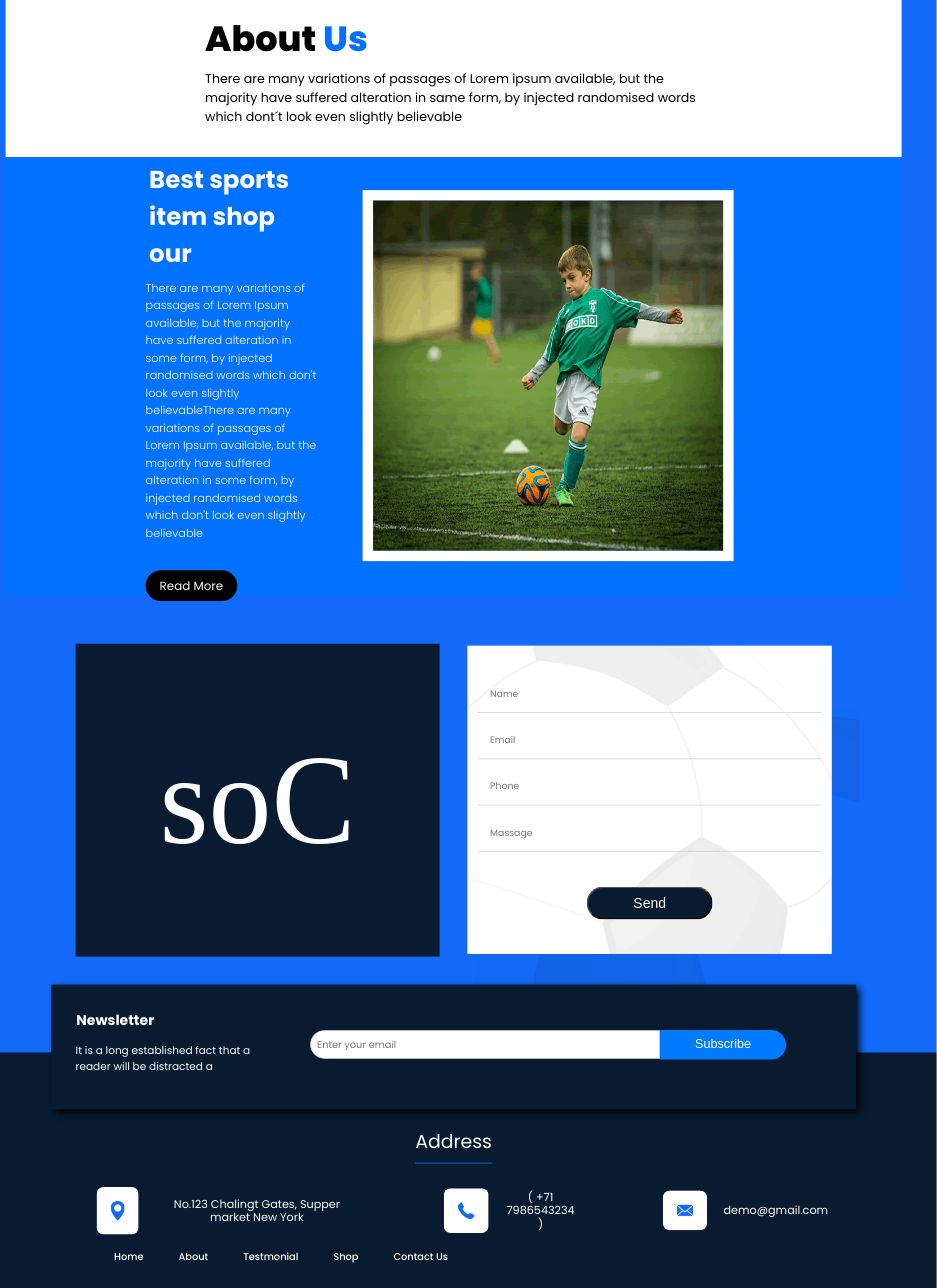
Repository: Vinicius9922/Projeto-Web
Page: index.html
These files come from the project's save history. The page is drawn as it stood at one moment and after the next save; the edit follows.
The browser window is 1280 px wide. The page is 1338 px wide, so the pictures cover 1338 px, including what lies to the right of the window. The pictures show the part of the page from y = 1902 to 3742 px (the page is 3742 px tall), at 70% of full size.

Above is the page before, as saved 2024-12-13 19:52:40.

### index.html
<!DOCTYPE html>
<html>

<head>
    <meta charset="UTF-8">
    <meta name="viewport" content="width=device-width, initial-scale=1.0">
    <link rel="stylesheet" href="index.css">
    <link rel="preconnect" href="https://fonts.googleapis.com">
    <link rel="preconnect" href="https://fonts.gstatic.com" crossorigin>
    <link
        href="https://fonts.googleapis.com/css2?family=Lora:ital,wght@0,400..700;1,400..700&family=Poppins:ital,wght@0,100;0,200;0,300;0,400;0,500;0,600;0,700;0,800;0,900;1,100;1,200;1,300;1,400;1,500;1,600;1,700;1,800;1,900&display=swap"
        rel="stylesheet">
    <title>Index</title>
</head>

<body class="main-layout">
    <header>
        <div class="header">
            <div class="container">
                <div class="logo"><img src="img/logo.png" alt="logo"></div>
                <div class="navBar">
                    <nav>
                        <ul class="menuNav">
                            <li>HOME</li>
                            <li>ABOUT</li>
                            <li>TESTMONIAL</li>
                            <li>SHOP</li>
                            <li>CONTACT US</li>
                            <li><img id="lupa" src="img/search_icon.png"></li>
                        </ul>
                    </nav>
                </div>
            </div>
        </div>
    </header>
    <section>
        <div class="container">
            <div class="carroussel">
                <div class="textCarroussel">
                    <h1>Welcome to <strong class="color">Our Shop</strong></h1>
                    <p>There are many variations of passages of Lorem Ipsum available, but the majority have
                        suffered
                        alteration in some form, by injected humour</p>
                    <button class="botao-carrossel">Buy Now</button>
                    <button class="botao-carrossel">About</button>
                </div>
            </div>
            <div class="img-carroussel">
                <div>
                    <figure><img id="img-carroussel" src="img/boksing-gloves.png" alt="img" /></figure>
                </div>
            </div>
        </div>
    </section>

    <!-- aaaaaaaaaaaaaaa -->

    <div class="parte branca">
        <h1>Our <span>Products</span></h1>
        <p>There are many variations of passages of Lorem ipsum available, but the majority have suffered alteration in
            some form, by injected randomised words wich don't look even slightly believable</p>
    </div>

    <div class="container3">

        <div class="imagem1">
            <img src="img/basketball.png" alt="bola">
            <p>$<span class="valor">50</span></p>
            <p class="p1">Basket ball</p>
        </div>
        <div class="imagem2">
            <img src="img/t-shirt.png" alt="camiseta">
            <p>$<span class="valor">50</span></p>
            <p class="p1">T-shirt</p>
        </div>
        <div class="imagem3">
            <img src="img/game.png" alt="game">
            <p>$<span class="valor">50</span></p>
            <p class="p1">Game</p>
        </div>
        <div class="imagem4">
            <img src="img/basketball.png" alt="bola">
            <p>$<span class="valor">50</span></p>
            <p class="p1">Basket ball</p>
        </div>
        <div class="imagem5">
            <img src="img/t-shirt.png" alt="camiseta">
            <p>$<span class="valor">50</span></p>
            <p class="p1">T-shirt</p>
        </div>
        <div class="imagem6">
            <img src="img/game.png" alt="game">
            <p>$<span class="valor">50</span></p>
            <p class="p1">game</p>
        </div>

    </div>
    <div class="branca2">
        <h1> About <span>Us</span></h1>
        <p>There are many variations of passages of Lorem ipsum available, but the majority have suffered alteration in
            same form, by injected randomised words which dont´t look even slightly believable</p>
    </div>

    <div class="shield">
        <div class="texto-shield">
            <h1 class="textobranco">Best sports item shop our</h1>
            <p class="p2">There are many variations of passages of Lorem Ipsum available, but the majority have suffered
                alteration in some form, by injected randomised words which don't look even slightly believableThere are
                many variations of passages of Lorem Ipsum available, but the majority have suffered alteration in some
                form, by injected randomised words which don't look even slightly believable</p>

            <div class="btn_main">
                <a class="botao" href="#" role="button">Read More</a>
            </div>
        </div>
        <div class="child">
            <figure><img src="img/child-image.png">
            </figure>
        </div>
    </div>

    <!-- aaaaaaaaaaaaaaaaaaaa -->

    <div class="container2">
        <div class="formulario">
            <div class="box-left">
                <div class="soc">soC</div>
            </div>
            <div class="box-right">
                <form>
                    <div class="grupo-form">
                        <input type="text" class="form" placeholder="Name" name="Name">
                    </div>
                    <div class="grupo-form">
                        <input type="email" class="form" placeholder="Email" name="Email">
                    </div>
                    <div class="grupo-form">
                        <input type="text" class="form" placeholder="Phone" name="Phone">
                    </div>
                    <div class="grupo-form">
                        <input type="text" class="form" placeholder="Massage" name="mensagem">
                    </div>
                    <div class="send-button">
                        <button type="submit" class="botao-env">Send</button>
                    </div>
                </form>
            </div>
        </div>
        <div class="box-down">
            <div class="text-news">
                <h2 class="Newsletter">Newsletter</h2>
                <p class="text-newsletter">It is a long established fact that a reader will be distracted a</p>
            </div>
            <div class="email-news">
                <input type="email" class="news-email" placeholder="Enter your email" name="Email">
            </div>
            <div class="Subscribe">
                <button class="subs-button" type="Subscribe">Subscribe</button>
            </div>
        </div>



        <div class="footer">
            <div>
                <div>
                    <div>
                        <div class="titulo">
                            <h2 class="titulo_texto">Address</h2>
                        </div>
                    </div>
                </div>
            </div>
            <div class="endereco">
                <div>
                    <div class="icones">
                        <div class="site_info">
                            <div class="img-icon">
                                <span class="info_icon"><img src="img/map-icon.png" /></span>
                            </div>
                            <span>No.123 Chalingt Gates, Supper market New York</span>
                        </div>
                    </div>
                    <div class="icones">
                        <div class="site_info">
                            <div class="img-icon">
                                <span class="info_icon"><img src="img/phone-icon.png" /></span>
                            </div>
                            <span>( +71 7986543234 )</span>
                        </div>
                    </div>
                    <div class="icones">
                        <div class="site_info">
                            <div class="img-icon">
                                <span class="info_icon"><img src="img/email-icon.png" /></span>
                            </div>
                            <span>demo@gmail.com</span>
                        </div>
                    </div>
                </div>
            </div>

            <div class="menu_main">
                <div class="menu_text">
                    <ul>
                        <li >Home</li>
                        <li>About</li>
                        <li>Testmonial</li>
                        <li>Shop</li>
                        <li>Contact Us</li>
                    </ul>
                </div>
            </div>
        </div>
    </div>

</body>

</html>

### index.css
@import url('https://fonts.googleapis.com/css2?family=Lora:ital,wght@0,400..700;1,400..700&family=Poppins:ital,wght@0,100;0,200;0,300;0,400;0,500;0,600;0,700;0,800;0,900;1,100;1,200;1,300;1,400;1,500;1,600;1,700;1,800;1,900&display=swap');

body {
    width: 100%;
    font-family: Poppins, normal;
    background-color: #136af8;
    background: linear-gradient(to bottom, #136af8 91%, #081b30 9%);
}

header {
    background-color: #136af8;
    padding: 0px;
}

.container {
    display: flex;
    align-items: center;
    justify-content: space-between;
    margin: 40px 200px;
}

li:hover {
    text-decoration: underline;
    cursor: pointer;
    font-weight: bolder;
}

ul {
    color: white;
    list-style-type: none;
    display: flex;
    margin: 0;
    padding: 0;
    gap: 40px;
    font-weight: 500;
}

#lupa {
    margin-left: 20px;
}

.logo {
    margin-left: 60px;
}

section {
    background-color: #136af8;
    display: flex;
}

.textCarroussel {
    text-align: left;
    margin-left: 60px;
    padding-left: 15px;
}

.textCarroussel p,
strong {
    color: white;
}

.color {
    font-weight: bolder;
}

.textCarroussel h1 {
    font-family: Poppins;
    font-weight: bold;
    font-size: 65px;
    line-height: 74px;
    color: #081b30;
}

.textCarroussel p {
    font-size: 16px;
}

button {
    min-width: 180px;
    color: white;
    background-color: #081b30;
    padding: 10px 50px;
    border-radius: 30px;
    display: inline-block;
    font-size: 20px;
    margin-top: 40px;
    cursor: pointer;
}

button:hover {
    background-color: #032b58;
}

button+button {
    margin-left: 15px;
}

#img-carroussel {
    max-width: 110%;
    height: auto;
    display: block;
}


.parte.branca {
    background-color: white;
    text-align: center;
    padding: 40px 280px;
}

.parte.branca h1 {
    font-size: 50px;
    color: black;
    text-align: left;
    font-weight: 800;
    margin: 5px;
}

.parte.branca h1 span {
    color: #0072ff;

}

.parte.branca p {
    font-size: 18px;
    margin-top: 10px;
    text-align: left;
    font-weight: 400;
    margin: 5px;
}

/* Grade de produtos */
.container3 {
    display: grid;
    grid-template-columns: repeat(3, 1fr);
    gap: 20px;
    column-gap: 30px;
    padding-left: 250px;
    padding-right: 250px;
    padding-top: 40px;
    padding-bottom: 40px;
    background-color: #001f3f;
}


.container3 div {
    text-align: center;
    background-color: white;
    padding: 20px;
    box-shadow: 0 5px 10px rgba(0, 0, 0, 0.1);
}

.container3 img {
    width: 300px;
    height: 300px;
    margin-bottom: 10px;
}

.container3 div .valor {
    margin: 5px 0;
    font-size: 26px;
    color: #0072ff
}

.container3 div p {
    font-size: 26px;
    color: black;
    margin: 3px;
}

/* Sessão "About Us" */
.branca2 {
    background-color: white;
    text-align: left;
    padding: 40px 280px;
}

.branca2 h1 {
    font-size: 50px;
    color: black;
    text-align: left;
    font-weight: 800;
    margin: 5px;
}

.branca2 h1 span {
    color: #0072ff;
}

.branca2 p {
    font-size: 18px;
    margin-top: 10px;
    text-align: left;
    font-weight: 400;
    margin: 5px;
}

/* Sessão "Best sports item shop our" */
.shield {
    display: flex;
    justify-content: space-between;
    align-items: center;
    background-color: #0072ff;
    color: white;
    padding-left: 200px;
    padding-right: 200px;
    gap: 20px;
}

.texto-shield {
    text-align: left;
}

.shield h1 {
    font-size: 35px;
    color: rgb(255, 255, 255);
    text-align: left;
    font-weight: 700;
    margin: 5px;
}

.shield .p2 {
    font-size: 16px;
    margin-top: 10px;
    text-align: left;
    font-weight: 300;
    margin-bottom: 50px;
}

.btn_main .botao {
    text-decoration: none;
    background-color: black;
    color: white;
    padding: 10px 20px;
    border-radius: 30px;
    font-size: 17px;
    transition: 0.5s ease, color 0.4s ease 0.1s;
}

.botao:hover {
    background-color: #fbfbfb;
    color: black;
}

.child {
    margin: 0px;
}

.child img {
    height: 500px;
    width: 500px;
    display: flex;
    border: 15px solid #fff;
}

.container2 {
    display: flex;
    align-items: center;
    justify-content: space-between;
    margin: 30px 100px;
    flex-direction: column;
}

.formulario {
    flex: auto;
    display: flex;
    justify-content: space-between;
    align-items: center;
    border-radius: 10px;
    padding: 40px;
    justify-content: center;
    gap: 40px;
    background-image: url('img/contact-banner.png');
}

.grupo-form {
    width: 100%;
    padding: 15px;
    margin-bottom: 10px;
    border-bottom: 1px solid #ccc;
}

form {
    display: flex;
    flex-direction: column;
    align-items: center;
    width: 460px;
    height: 360px;
}

.form {
    border: none;
    width: 100px;
    margin: 0px;
}

.box-left {
    background-color: #081b30;
    color: white;
    text-align: center;
    font-family: apple;
    font-size: 180px;
    padding: 10% 10%;
    padding: 120px;
}

.box-right {
    height: auto;
    background-color: #f2f2f2;
    background-image: url('img/boll_bg.png');
    padding: 40px 30px;
}

.box-left,
.box-right {
    width: 50%;
}

input {
    border: none;
    outline: none;
    width: 100%;
}

input,
textarea {
    font-family: Poppins, normal;
    color: #a4a0a0;
    width: 100%;
}

.box-down {
    display: flex;
    align-items: row;
    background-color: #081b30;
    color: white;
    width: 1150px;
    box-shadow: 5px 5px 10px 0 rgba(0, 0, 0, 0.9);
}

.text-news {
    display: flex;
    flex-direction: column;
    max-width: 300px;
    padding-left: 35px;
    font-size: 12px;
    padding: 35px;
}

.Newsletter {
    margin: 1px;
    font-size: 20px;
}

.text-newsletter {
    font-size: 15px;
}

.email-news {
    display: flex;
    align-items: center;
    height: 172px;
}

.Subscribe {
    display: flex;
    align-items: center;
    height: 132px;
}

.news-email {
    padding: 9px;
    font-size: 14px;
    border: 1px solid #ccc;
    border-radius: 25px 0 0 25px;
    width: 500px;
    height: 41px;
    box-sizing: border-box;
}

.subs-button {
    font-size: 18px;
    color: white;
    background-color: #007BFF;
    border: none;
    border-radius: 0 25px 25px 0;
    cursor: pointer;
    height: 42px;

}

.subs-button:hover {
    background-color: #0056b3;
}


.footer{
    font-size: 18px;
    margin-top: 10px;
    text-align: center;
    font-weight: 400;
    margin: 5px;
}

.titulo_texto{
    color:white;
    text-decoration-line: underline;
    text-decoration-color: #0056b3;
    text-underline-offset: 20px;
    font-weight:400;
}

.endereco > div {
    display: flex;
    gap: 100px;
    align-items: center;
}

.icones {
    display: flex;
    align-items: center;
    gap: 10px;
    color:white;
}

.info_icon img {
    width: auto;
    height: auto;
    background-color:white;
    border-radius: 10px;
    padding: 20px;
    display: block;
}

.site_info {
    display: flex;
    align-items: center;
}

.site_info span {
    line-height: 1.2;
    font-size: 16px;

}
.img-icon {
    display: flex;
    align-items: center;
    justify-content: center;
    width: 50px;
    height: 50px;
    background-color: white;
    border-radius: 10px;
    margin:30px;
}

.menu_text ul{
    gap:50px;
    font-size: 14px;
    text-align: center;
    padding:0px 50px 0px 50px;
    align-items:center;
}

.menu_text li:hover{
    color:#0072ff;
    cursor: pointer;
    text-decoration:none;
}

After the next save:
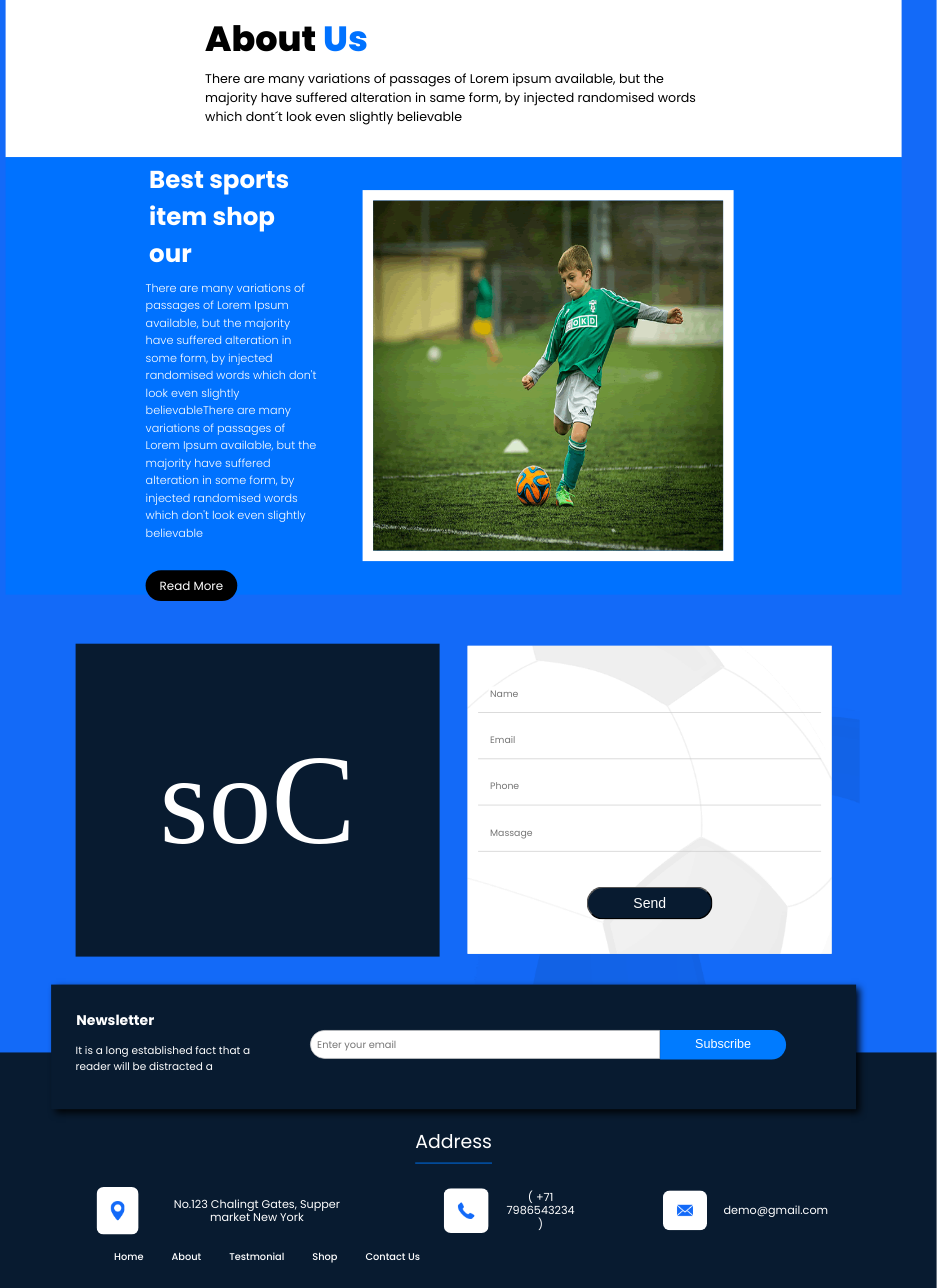
Saved 3 min 20 s later.
--- a/index.css
+++ b/index.css
@@ -454,7 +454,7 @@
 }
 
 .menu_text ul{
-    gap:50px;
+
     font-size: 14px;
     text-align: center;
     padding:0px 50px 0px 50px;
